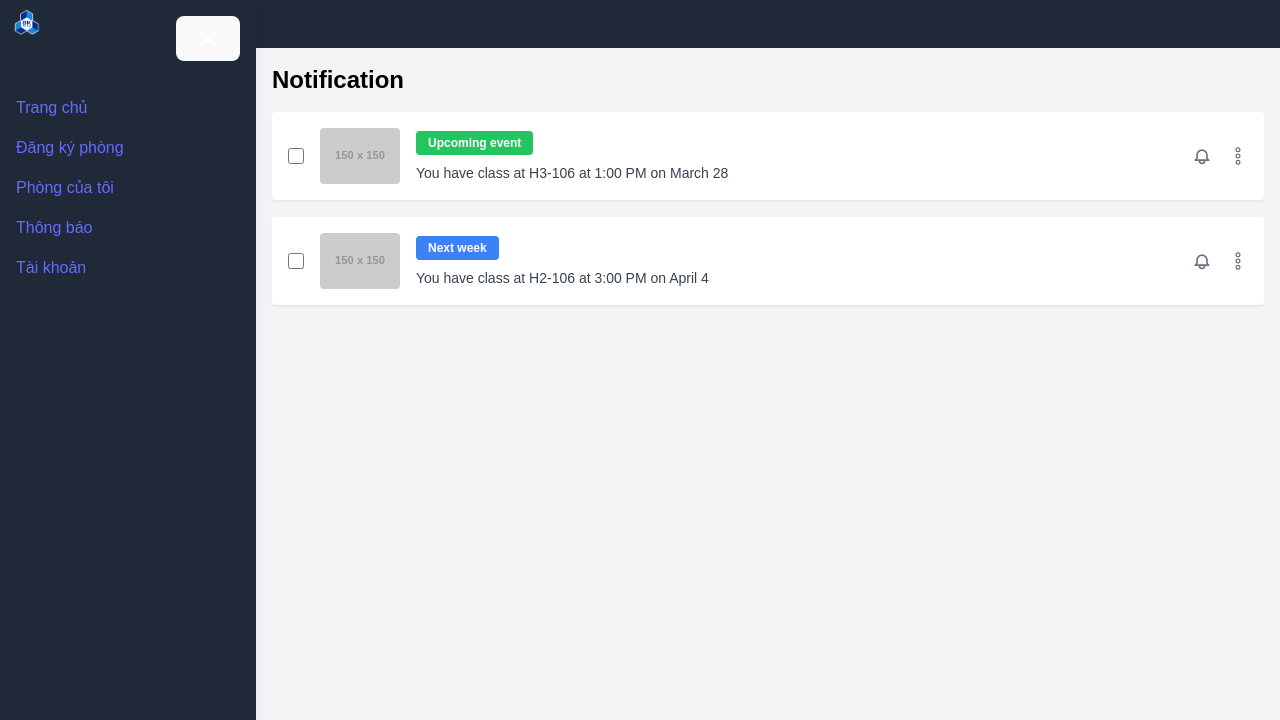
Repository: CNPM-S3MRS/frontend-web
Page: /notification
These files come from the project's save history. The page is drawn as it stood at one moment and after a run of saves; the edit follows.
The browser window is 1280 px wide. The pictures show the whole page.
The project was rebuilt for these pictures with package versions that can differ from the ones it lists, and the page was loaded fresh each time. Also part of the build but not shown: vite.config.js, src/pages/auth/Login.jsx.

Above is the page before, as saved 2025-04-09 02:33:29.

### src/App.jsx
import { BrowserRouter as Router, Routes, Route } from 'react-router-dom';
import Login from '@/pages/auth/Login';
import Notification from './pages/notification/notification';

function App() {
  return (
    <Router>
      <Routes>
        <Route path="/login" element={<Login />} />
        <Route path="/notification" element={<Notification />} /> {/* Add this route */}
        <Route path="/" element={<div>Trang chủ</div>} />
      </Routes>
    </Router>
  );
}

export default App;

### src/index.css
@tailwind base;
@tailwind components;
@tailwind utilities;


:root {
  font-family: system-ui, Avenir, Helvetica, Arial, sans-serif;
  line-height: 1.5;
  font-weight: 400;

  color-scheme: light dark;
  color: rgba(255, 255, 255, 0.87);
  background-color: #242424;

  font-synthesis: none;
  text-rendering: optimizeLegibility;
  -webkit-font-smoothing: antialiased;
  -moz-osx-font-smoothing: grayscale;
}

a {
  font-weight: 500;
  color: #646cff;
  text-decoration: inherit;
}
a:hover {
  color: #535bf2;
}

/* body {
  margin: 0;
  display: flex;
  place-items: center;
  min-width: 320px;
  min-height: 100vh;
} */

h1 {
  font-size: 3.2em;
  line-height: 1.1;
}

header button {

  background: none;
  border: none;
  color: inherit;
  cursor: pointer;

}
button {
  border-radius: 8px;
  border: 1px solid transparent;
  padding: 0.6em 1.2em;
  font-size: 1em;
  font-weight: 500;
  font-family: inherit;
  background-color: #1a1a1a;
  cursor: pointer;
  transition: border-color 0.25s;
}
button:hover {
  border-color: #646cff;
}
button:focus,
button:focus-visible {
  outline: 4px auto -webkit-focus-ring-color;
}
h1 {
  font-size: 1.5rem;
  font-weight: bold;
  margin-bottom: 1rem;
}
body {
  font-family: Arial, sans-serif;
  background-color: #ffffff;
  color: #000000;
}

input[type="checkbox"] {
  width: 1rem;
  height: 1rem;
}

@media (prefers-color-scheme: light) {
  :root {
    color: #213547;
    background-color: #ffffff;
  }
  a:hover {
    color: #747bff;
  }
  button {
    background-color: #f9f9f9;
  }
}

### src/pages/notification/notification.jsx
import React, { useState } from "react";
import Sidebar from "../../components/bars/Sidebar";
import NotificationCard from "../../components/card/NotificationCard";
import Header from "../../components/header/Header";

const Notification = () => {
  const [isSidebarOpen, setIsSidebarOpen] = useState(true); // Sidebar is visible by default

  return (
    <div className="flex flex-col h-screen">
      {/* Header */}
      <Header isSidebarOpen={isSidebarOpen} setIsSidebarOpen={setIsSidebarOpen} />

      <div className="flex flex-grow">
        {/* Sidebar */}
        <Sidebar isSidebarOpen={isSidebarOpen} setIsSidebarOpen={setIsSidebarOpen} />

        {/* Main Content */}
        <div
          className={`flex-grow p-4 bg-gray-100 transition-all duration-300 ${
            isSidebarOpen ? "ml-64" : "ml-0"
          }`}
        >
          <h1 className="text-2xl font-bold mb-4">Notification</h1>

          {/* Example Notification Cards */}
          <NotificationCard
            image="https://via.placeholder.com/150"
            status="Upcoming event"
            statusColor="green"
            message="You have class at H3-106 at 1:00 PM on March 28"
          />
          <NotificationCard
            image="https://via.placeholder.com/150"
            status="Next week"
            statusColor="blue"
            message="You have class at H2-106 at 3:00 PM on April 4"
          />
        </div>
      </div>
    </div>
  );
};

export default Notification;

### src/components/bars/Sidebar.jsx
import React from "react";
import { NavLink } from "react-router-dom";
import LogoBK from "../../assets/LogoBK.jpg"; // Adjust the path as necessary
const Sidebar = ({ isSidebarOpen, setIsSidebarOpen }) => {
  return (
    <div
      className={`fixed inset-y-0 left-0 w-64 bg-gray-800 text-white shadow-lg z-50 transform ${
        isSidebarOpen ? "translate-x-0" : "-translate-x-full"
      } transition-transform duration-300`}
    >
        <img src={LogoBK} alt="Logo" className="w-12 h-12 object-contain" />
      {/* Close Button */}
      <button
        onClick={() => setIsSidebarOpen(false)}
        className="absolute top-4 right-4 text-white focus:outline-none"
        aria-label="Close Sidebar"
      >
        <svg
          xmlns="http://www.w3.org/2000/svg"
          width="24"
          height="24"
          fill="none"
          viewBox="0 0 24 24"
          stroke="currentColor"
        >
          <path
            strokeLinecap="round"
            strokeLinejoin="round"
            strokeWidth={2}
            d="M6 18L18 6M6 6l12 12"
          />
        </svg>
      </button>

      {/* Sidebar Links */}
      <ul className="mt-8 space-y-4 p-4">
        <li>
          <NavLink to="/" className="hover:text-gray-400">
            Trang chủ
          </NavLink>
        </li>
        <li>
          <NavLink to="/register-room" className="hover:text-gray-400">
            Đăng ký phòng
          </NavLink>
        </li>
        <li>
          <NavLink to="/my-rooms" className="hover:text-gray-400">
            Phòng của tôi
          </NavLink>
        </li>
        <li>
          <NavLink to="/notification" className="hover:text-gray-400">
            Thông báo
          </NavLink>
        </li>
        <li>
          <NavLink to="/account" className="hover:text-gray-400">
            Tài khoản
          </NavLink>
        </li>
      </ul>
    </div>
  );
};

export default Sidebar;

### src/components/card/NotificationCard.jsx
import React from "react";

const NotificationCard = ({ image, status, statusColor, message }) => {
  const statusColorClass = {
    green: "bg-green-500",
    blue: "bg-blue-500",
    red: "bg-red-500",
  };
  return (
    <div className="flex items-center justify-between w-full p-4 border-b bg-white shadow-sm rounded mb-4">
      {/* Left Section */}
      <div className="flex items-center space-x-4">
        {/* Checkbox */}
        <input type="checkbox" className="w-4 h-4" />

        {/* Image */}
        <img
          src={image}
          alt="Notification"
          className="w-20 h-14 object-cover rounded"
        />

        {/* Content */}
        <div>
          {/* Status Badge */}
          <span
            className={`inline-block px-3 py-1 text-xs font-semibold text-white rounded ${
              statusColorClass[statusColor] || "bg-gray-500"
            }`}
          >
            {status}
          </span>
          {/* Message */}
          <p className="text-sm text-gray-700 mt-2">{message}</p>
        </div>
      </div>

      {/* Right Section (Icons) */}
      <div className="flex items-center space-x-4">
        {/* Bell Icon */}
        <svg
          xmlns="http://www.w3.org/2000/svg"
          className="h-5 w-5 text-gray-500"
          fill="none"
          viewBox="0 0 24 24"
          stroke="currentColor"
        >
          <path
            strokeLinecap="round"
            strokeLinejoin="round"
            strokeWidth={2}
            d="M15 17h5l-1.405-1.405A2.032 2.032 0 0118 14.158V11a6 6 0 10-12 0v3.159c0 .538-.214 1.055-.595 1.436L4 17h5m6 0v1a3 3 0 11-6 0v-1m6 0H9"
          />
        </svg>

        {/* Three-Dot Icon */}
        <svg
          xmlns="http://www.w3.org/2000/svg"
          className="h-5 w-5 text-gray-500"
          fill="none"
          viewBox="0 0 16 16"
          stroke="currentColor"
        >
          <path
            strokeLinecap="round"
            strokeLinejoin="round"
            d="M9.5 13a1.5 1.5 0 1 1-3 0 1.5 1.5 0 0 1 3 0m0-5a1.5 1.5 0 1 1-3 0 1.5 1.5 0 0 1 3 0m0-5a1.5 1.5 0 1 1-3 0 1.5 1.5 0 0 1 3 0"
          />
        </svg>
      </div>
    </div>
  );
};

export default NotificationCard;

### src/components/header/Header.jsx
import React, { useState } from "react";
import { NavLink } from "react-router-dom";
import LogoBK from "../../assets/LogoBK.jpg"; // Adjust the path as necessary

const Header = ({ isSidebarOpen, setIsSidebarOpen }) => {
    return (
      <header className="flex items-center justify-between px-4 bg-gray-800 text-white">
        {/* Left Section: Hamburger Menu and Logo */}
        <div className="flex items-center space-x-2">
          {/* Hamburger Menu */}
          <button
            onClick={() => setIsSidebarOpen(!isSidebarOpen)}
            className="focus:outline-none"
            aria-label="Toggle Sidebar"
          >
            <svg
              xmlns="http://www.w3.org/2000/svg"
              width="24"
              height="24"
              fill="currentColor"
              className="bi bi-list"
              viewBox="0 0 16 16"
            >
              <path
                fillRule="evenodd"
                d="M2.5 12a.5.5 0 0 1 .5-.5h10a.5.5 0 0 1 0 1H3a.5.5 0 0 1-.5-.5m0-4a.5.5 0 0 1 .5-.5h10a.5.5 0 0 1 0 1H3a.5.5 0 0 1-.5-.5m0-4a.5.5 0 0 1 .5-.5h10a.5.5 0 0 1 0 1H3a.5.5 0 0 1-.5-.5"
              />
            </svg>
          </button>

          {/* Logo */}
          <img src={LogoBK} alt="Logo" className="w-12 h-12 object-contain" />
        </div>
      </header>
    );
  };

  export default Header;

### tailwind.config.js
/** @type {import('tailwindcss').Config} */
module.exports = {
  content: ["./src/**/*.{js,jsx,ts,tsx}"], // Include all source files
  theme: {
    extend: {},
  },
  plugins: [],
};

Loaded but not shown: index.html (common file); src/main.jsx (common file)

After the next 2 saves:
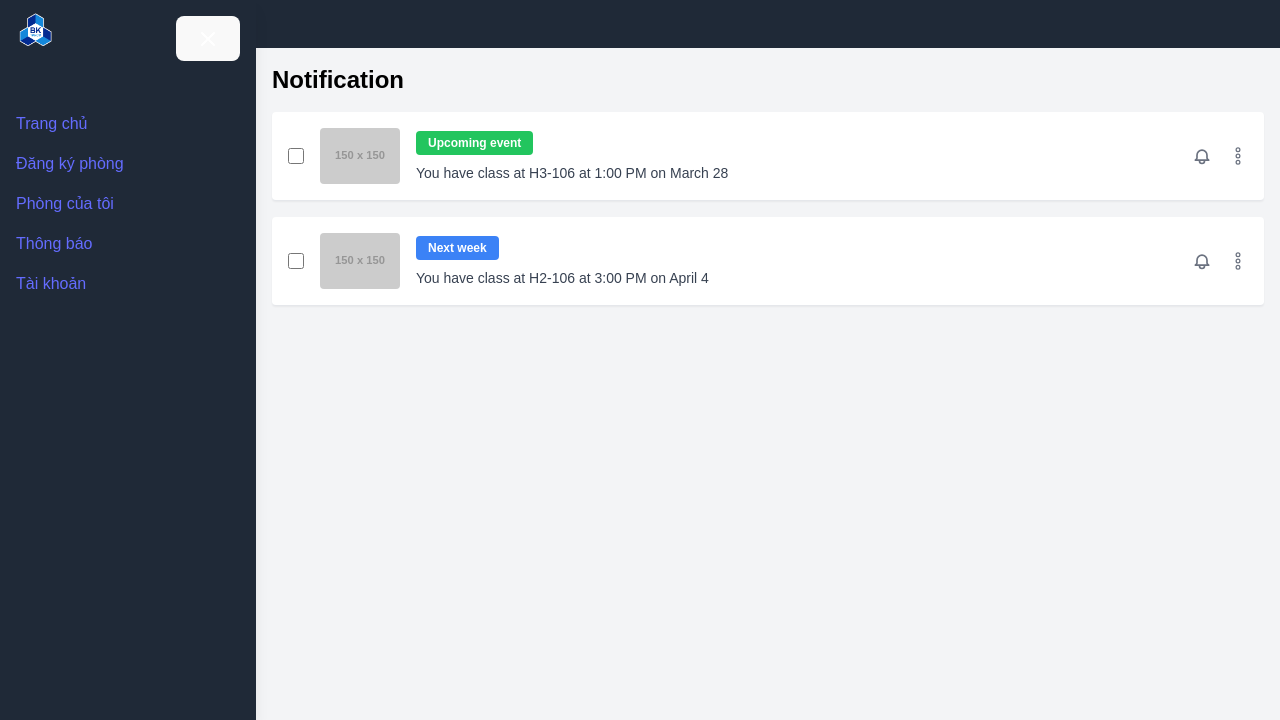
The 2 saves are shown as one change because they came seconds apart.
The last was saved 10 s later.
--- a/src/components/bars/Sidebar.jsx
+++ b/src/components/bars/Sidebar.jsx
@@ -8,7 +8,7 @@
         isSidebarOpen ? "translate-x-0" : "-translate-x-full"
       } transition-transform duration-300`}
     >
-        <img src={LogoBK} alt="Logo" className="w-12 h-12 object-contain" />
+        <img src={LogoBK} alt="Logo" className="w-16 h-16 object-contain" />
       {/* Close Button */}
       <button
         onClick={() => setIsSidebarOpen(false)}
